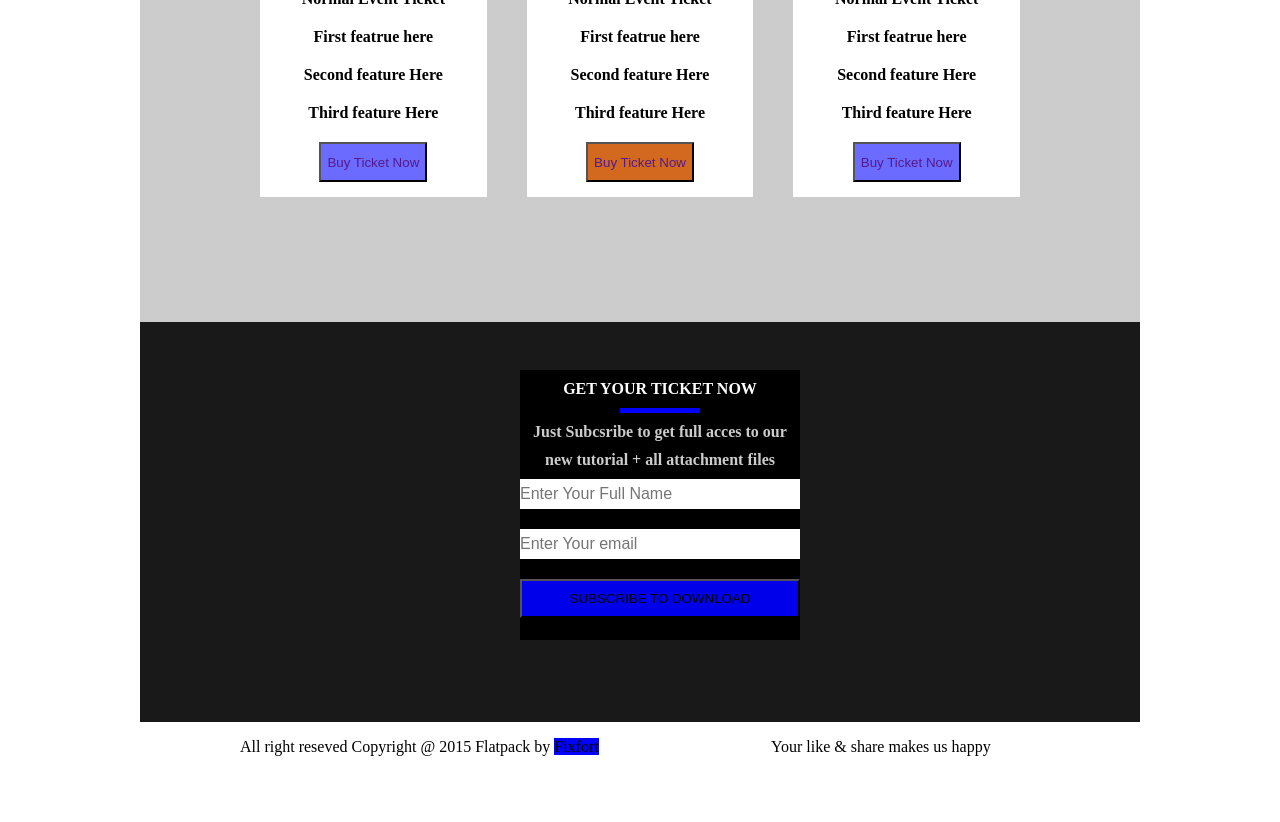
Repository: duyancol/project-ltw-nhom13
Page: page b/index.html
An editor plug-in stored every save of this project. The page is shown before and after the next save, followed by the edit.
The browser window is 1280 px wide. The pictures show the part of the page from y = 1038 to 1860 px (the page is 1860 px tall).
A picture or video elsewhere on the page could not be fetched, so the positions and the page height are approximate. Some web fonts or font styles are not loaded; a fallback is used.

Above is the page before, as saved 2021-10-18 12:13:44.

After the next save:
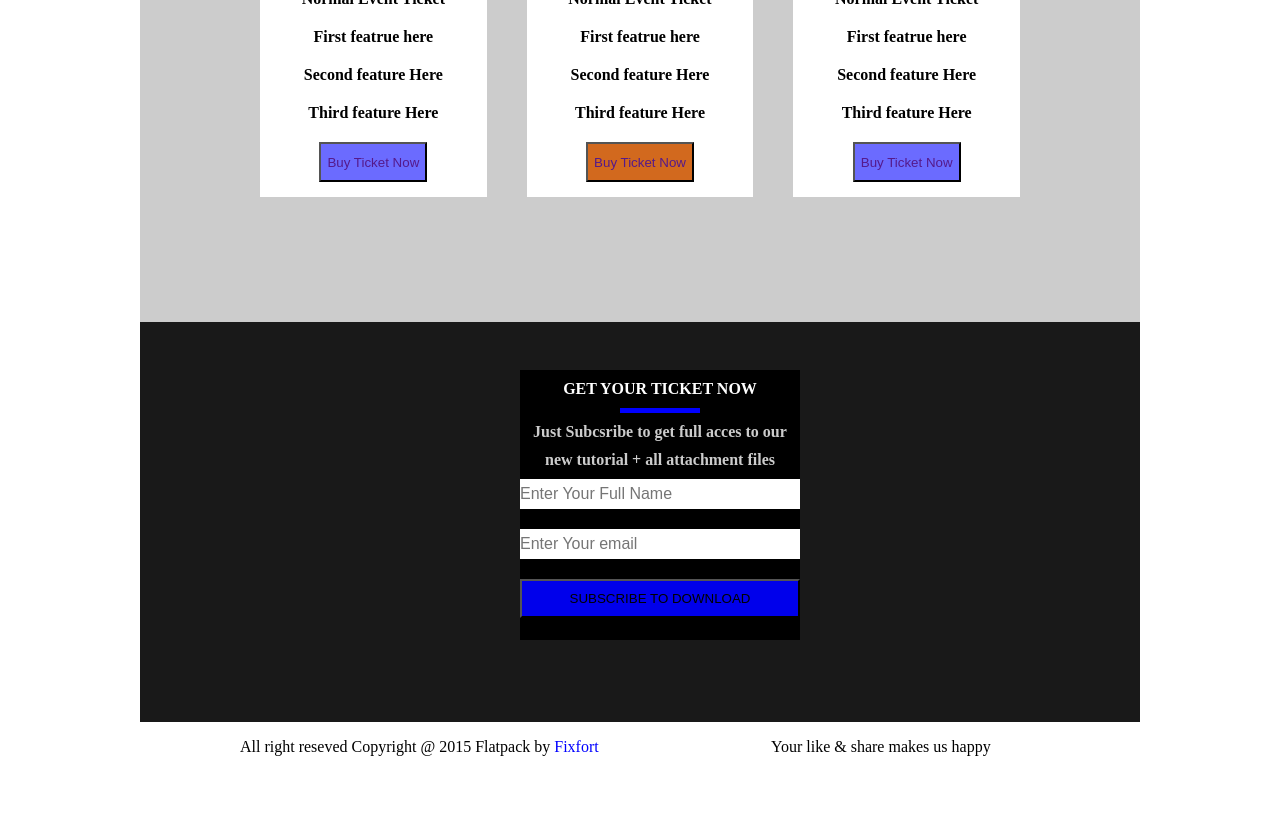
Saved 11 s later.
--- a/page b/style.css
+++ b/page b/style.css
@@ -197,5 +197,5 @@
 
   }
   span{
-    background-color: blue;
-  }
+    color: blue;
+  }
